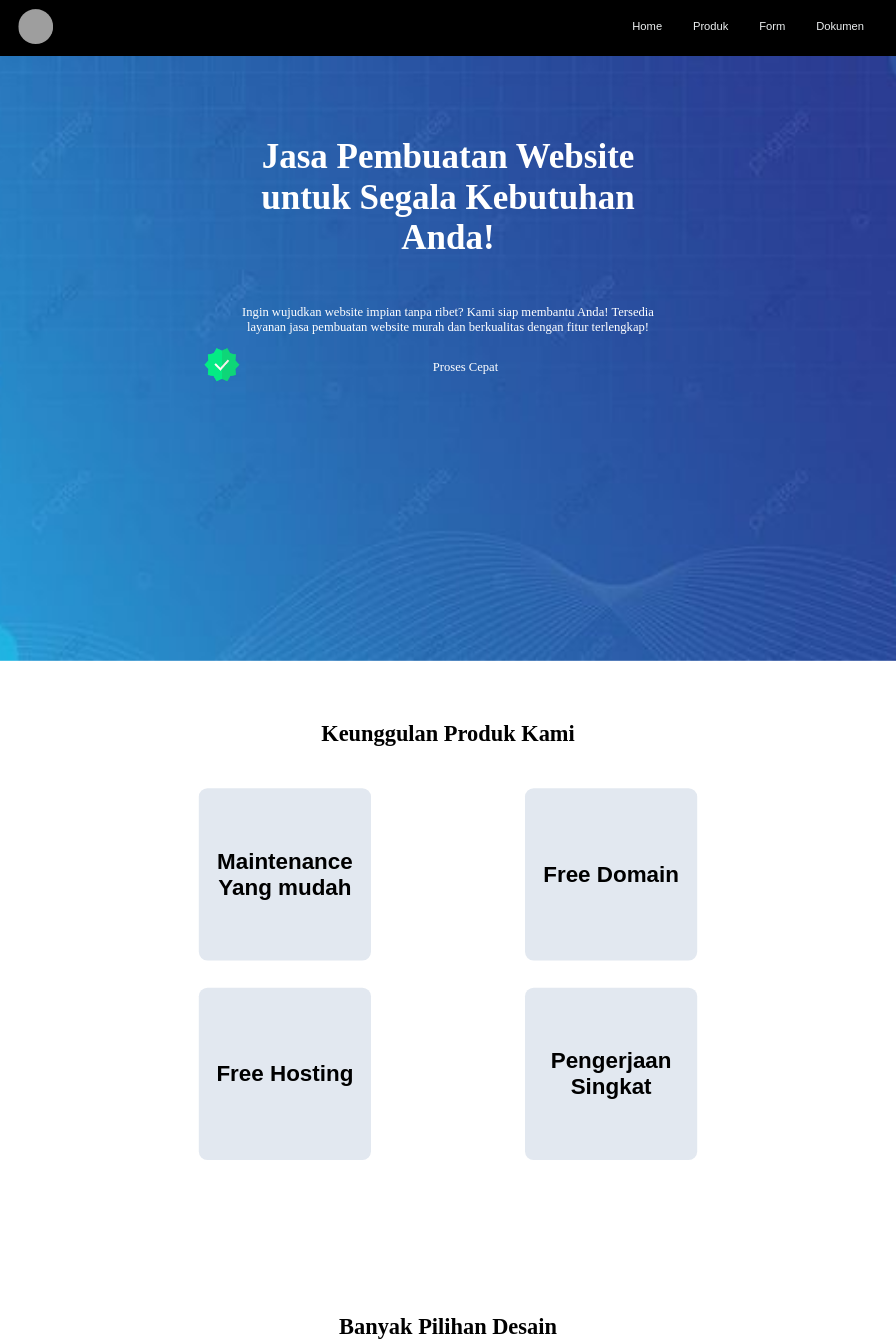
Repository: zecht12/TimModul
Page: TimModul.html
The author's editor kept a copy of each file at every save. The page is drawn from the files as they stood at one save, then again after the next save.
The browser window is 1280 px wide. The pictures show the part of the page from y = 0 to 1920 px (the page is 3920 px tall), at 70% of full size.
Pictures or frames that could not be fetched are drawn as grey boxes.

Above is the page before, as saved 2023-04-25 19:30:41.

### TimModul.html
<!DOCTYPE html>
<html lang="en">
<head>
    <meta charset="UTF-8">
    <meta http-equiv="X-UA-Compatible" content="IE=edge">
    <meta name="viewport" content="width=device-width, initial-scale=1.0">
    <link rel="stylesheet" href="style.css">
    <script src="script.js"></script>
    <title>Jasa Coding</title>
</head>
<body>
    <div style="height: 80px; width: 100%; background-color: black;">
        <header>
            <img src="./assets/wallpaper.jpg" alt="Image" style="height: 50px; width: 50px; border-radius: 100%;" >
            <ul class="nav_links">
                <li><a href="#">Home</a></li>
                <li><a href="#">Produk</a></li>
                <li><a href="#">Form</a></li>
                <li><a href="#">Dokumen</a></li>
            </ul>
        </headers>
    </div>
    <div style="background-image: url(./assets/bg.jpg); background-size: cover; background-position: top; width: 100%; height: 120vh; background-repeat: no-repeat; background-position: center;">
        <div style="display: flex; justify-content: space-around; align-items: center; padding: 5%; margin: auto; width: auto; height: auto;">
            <div style="height: auto; width: 15%; display: flex; justify-content: center; align-items: center;">

            </div>
            <div style="height: auto; width: 70%;">
                <div style=" display: flex; justify-content: center; align-items: start; margin: auto;">
                    <p style="text-align: center; color: white; font-size: 50px; font-weight: bold; width: 80%;">Jasa Pembuatan Website untuk Segala Kebutuhan Anda!</p>
                </div>
                <div style=" display: flex; justify-content: center; align-items: start; margin: auto;">
                    <p style="text-align: center; color: white; font-size: large; width: 80%; ">Ingin wujudkan website impian tanpa ribet? Kami siap membantu Anda! Tersedia layanan jasa pembuatan website murah dan berkualitas dengan fitur terlengkap!</p>
                </div>
                <div style=" display: flex; justify-content: center; align-items: start; margin: auto;">
                    <img src="./assets/check.png" alt="check" width="50px" height="50px">
                    <p style="text-align: center; color: white; font-size: large; width: 80%; ">Proses Cepat</p>
                </div>
            </div>
            <div style="height: auto; width: 15%; display: flex; justify-content: center; align-items: center;">

            </div>
        </div>
    </div>
    <div style="width: 100%; height: 120vh;">
        <h1 style="text-align: center; padding-top: 5%;">Keunggulan Produk Kami</h1>
        <div class="produk3" id="produk3" >
            <a href="" style="padding: 2%; background-color: #E2E8F0; border-radius: 5%; height: 200px; width: 200px; display: grid; justify-items: center; align-items: center;">
                <h1 style="text-align: center; color: black;">Maintenance Yang mudah</h1>
            </a>
            <a href="" style="padding: 2%; background-color: #E2E8F0; border-radius: 5%; height: 200px; width: 200px; display: grid; justify-items: center; align-items: center;">
                <h1 style="text-align: center; color: black;">Free Domain</h1>
            </a>
        </div>
        <div class="produk3" id="produk3" >
            <a href="" style="padding: 2%; background-color: #E2E8F0; border-radius: 5%; height: 200px; width: 200px; display: grid; justify-items: center; align-items: center;">
                <h1 style="text-align: center; color: black;">Free Hosting</h1>
            </a>
            <a href="" style="padding: 2%; background-color: #E2E8F0; border-radius: 5%; height: 200px; width: 200px; display: grid; justify-items: center; align-items: center;">
                <h1 style="text-align: center; color: black;">Pengerjaan Singkat</h1>
            </a>
        </div>
    </div>
    <div style="width: 100%; height: 120vh; padding-top: 2%;">
        <h1 style="text-align: center; font-size: xx-large; font: bolder;">Banyak Pilihan Desain</h1>
        <p style="text-align: center; font: caption;">Pilih satu dari puluhan desain yang tersedia</p>
        <div class="produk" id="produk" >
            <a href="" style="padding: 2%; background-color: #E2E8F0; border-radius: 5%; display: flex; justify-items: center; align-items: center;">
                <img src="./assets/web.jpeg" alt="Image" style="height: 150px; width: 250px;" >
            </a>
            <a href="" style="padding: 2%; background-color: #E2E8F0; border-radius: 5%; display: flex; justify-items: center; align-items: center;">
                <img src="./assets/web1.jpeg" alt="Image" style="height: 150px; width: 250px;" >
            </a>
            <a href="" style="padding: 2%; background-color: #E2E8F0; border-radius: 5%; display: flex; justify-items: center; align-items: center;">
                <img src="./assets/web2.jpg" alt="Image" style="height: 150px; width: 250px;" >
            </a>
        </div>
        <div class="produk1" id="produk1" >
            <a href="" style="padding: 2%; background-color: #E2E8F0; border-radius: 5%; display: flex; justify-items: center; align-items: center;">
                <img src="./assets/web3.jpg" alt="Image" style="height: 150px; width: 250px;" >
            </a>
            <a href="" style="padding: 2%; background-color: #E2E8F0; border-radius: 5%; display: flex; justify-items: center; align-items: center;">
                <img src="./assets/web4.jpg" alt="Image" style="height: 150px; width: 250px;" >
            </a>
            <a href="" style="padding: 2%; background-color: #E2E8F0; border-radius: 5%; display: flex; justify-items: center; align-items: center;">
                <img src="./assets/web5.jpg" alt="Image" style="height: 150px; width: 250px;" >
            </a>
        </div>
        <div class="produk2" id="produk2" >
            <a href="" style="padding: 2%; background-color: #E2E8F0; border-radius: 5%; display: flex; justify-items: center; align-items: center;">
                <img src="./assets/web6.jpg" alt="Image" style="height: 150px; width: 250px;" >
            </a>
            <a href="" style="padding: 2%; background-color: #E2E8F0; border-radius: 5%; display: flex; justify-items: center; align-items: center;">
                <img src="./assets/web7.jpg" alt="Image" style="height: 150px; width: 250px;" >
            </a>
        </div>
        <h1 style="text-align: center; font-size: xx-large; font: bolder;">Harga Mulai:</h1>
        <p style="text-align: center; font: caption;">Rp 800.000 - Rp 2.000.000</p>
        <p style="text-align: center; font: caption;">Checkout dengan mengisi form dibawah</p>
    </div>
    <h1 style="margin-top: 22%; text-align: center;">Pesan Website Kami</h1>
    <div class="forms" id="forms" >
        <form style=" padding-bottom: 8%; padding-left: 8%; padding-right: 8%; padding-top: 4%;">
            <div class="Formnama">
                <label for="Nama" class="Labelnama">Nama anda</label><br>
                <input type="text" id="Nama" name="Nama" class="Nama">
            </div>

            <div class="Formemail">
                <label for="Email" class="Labelemail">Email yang dapat dihubungi</label>
                <input type="text" id="Email" name="Email" class="Email">
            </div>

            <p for="Pilihan" class="Pilihan">Jasa yang dapat anda pilih</p>
            <div style="padding-bottom: 5%;">
                <input type="radio" id="FrontEnd" name="fav_language" value="FrontEnd">
                <label for="FrontEnd">FrontEnd Web</label>

                <input type="radio" id="BackEnd" name="fav_language" value="BackEnd">
                <label for="BackEnd">BackEnd Web</label>

                <input type="radio" id="FullStack" name="fav_language" value="FullStack">
                <label for="FullStack">FullStack Web</label><br>
            </div>

            <div>
                <p style="color: black; font-weight: bold; padding-bottom: 1%;">Keterangan Secara lengkap</p>
                <textarea></textarea>
            </div>

            <div style="display: flex; justify-content: center; align-items: center;">
                <input type="submit" value="Submit" class="Button">
            </div>
        </form>
    </div>
    <div style="display: flex; justify-content: center; align-items: center; width: 100%;">
        <table style="width: 80%; height: auto; border-collapse: collapse;">
            <tr>
                <th>Nama lengkap</th>
                <th>Email</th>
                <th>Jasa yang dipilih</th>
                <th>Keterangan Secara lengkap</th>
            </tr>
            <tr>
                <td></td>
                <td></td>
                <td></td>
                <td></td>
            </tr>
        </table>
    </div>
    <div style="height: 50px; width: 100%; background-color: black; justify-content: center; align-items: center;">
        <p style="color: white; text-align: center; padding-top: 20px;">&copy;2023 Tim Modul, Inc. All Rights Reserved</p>
    </div>
</body>
</html>

### style.css
body{
    height: auto;
    width: 100%;
    margin: auto;
    padding: auto;
}
header{
    display: flex;
    align-items: center;
    justify-content: space-between;
    padding-left: 2%;
    padding-right: 2%;
    padding-top: 1%;
}
li,a, button{
    font-family: "Montserrat", sans-serif;
    font-size: 16px;
    color: #edf0f1;
    text-decoration: none;
}
.produk{
    padding-left: 5%;
    padding-right: 5%;
    padding-top: 3%;
    display: flex;
    justify-content: space-around;
    align-items: center;
}
.produk1{
    padding-left: 5%;
    padding-right: 5%;
    padding-top: 3%;
    display: flex;
    justify-content: space-around;
    align-items: center;
}
.produk2{
    padding-left: 5%;
    padding-right: 5%;
    padding-top: 3%;
    display: flex;
    justify-content: space-evenly;
    align-items: center;
}
.produk3{
    padding-left: 5%;
    padding-right: 5%;
    padding-top: 3%;
    display: flex;
    justify-content: space-evenly;
    align-items: center;
}
.produk a:hover{
    transform: scale(110%);
}
.produk1 a:hover{
    transform: scale(110%);
}
.produk2 a:hover{
    transform: scale(110%);
}
.nav_links{
    list-style: none;
}
.nav_links li{
    display: inline-block;
    padding: 0px 20px;
}
.nav_links li a:hover{
    color: #0088a9;
}
.forms{
    height: auto;
    width: 100%;
    display: flex;
    justify-content: center;
    align-items: flex-start;
    padding-top: 1%;
    padding-bottom: 5%;
}
th{
    height: 30px;
    text-align: center;
    color: black;
    font: bold;
    border-style:solid;
    border-color: black;
    padding: 1%;
}
td{
    padding: 1%;
    height: 50px;
    text-align: center;
    color: black;
    border-style:solid;
    border-color: black;
}
label {
    color: black;
    font-weight: bold;
    width: 130px;
}
.Button {
    padding: 10px;
    border: 1px solid black;
    background-color:aliceblue;
    border-radius: 5px;
    font: inherit;
    cursor: pointer;
}
.Button:hover{
    border: 1px solid #0088a9;
    background-color:#0088a9;
    cursor: pointer;
}
.Pilihan{
    margin: auto;
    padding-top: 3%;
    padding-bottom: 20px;
    font-weight: bold;
    color: black;
}
.Nama{
    width: 100%;
    height: 20px;
    margin-top: 2%;
}
.Email{
    width: 100%;
    height: 20px;
    margin-top: 2%;
}
.Formemail{
    padding-top: 5%;
}
textarea{
    width: 100%;
    height: 100px;
    margin-bottom: 5%;
}

Loaded but not shown: script.js (no copy from this time; the picture is the same without it)

After the next save:
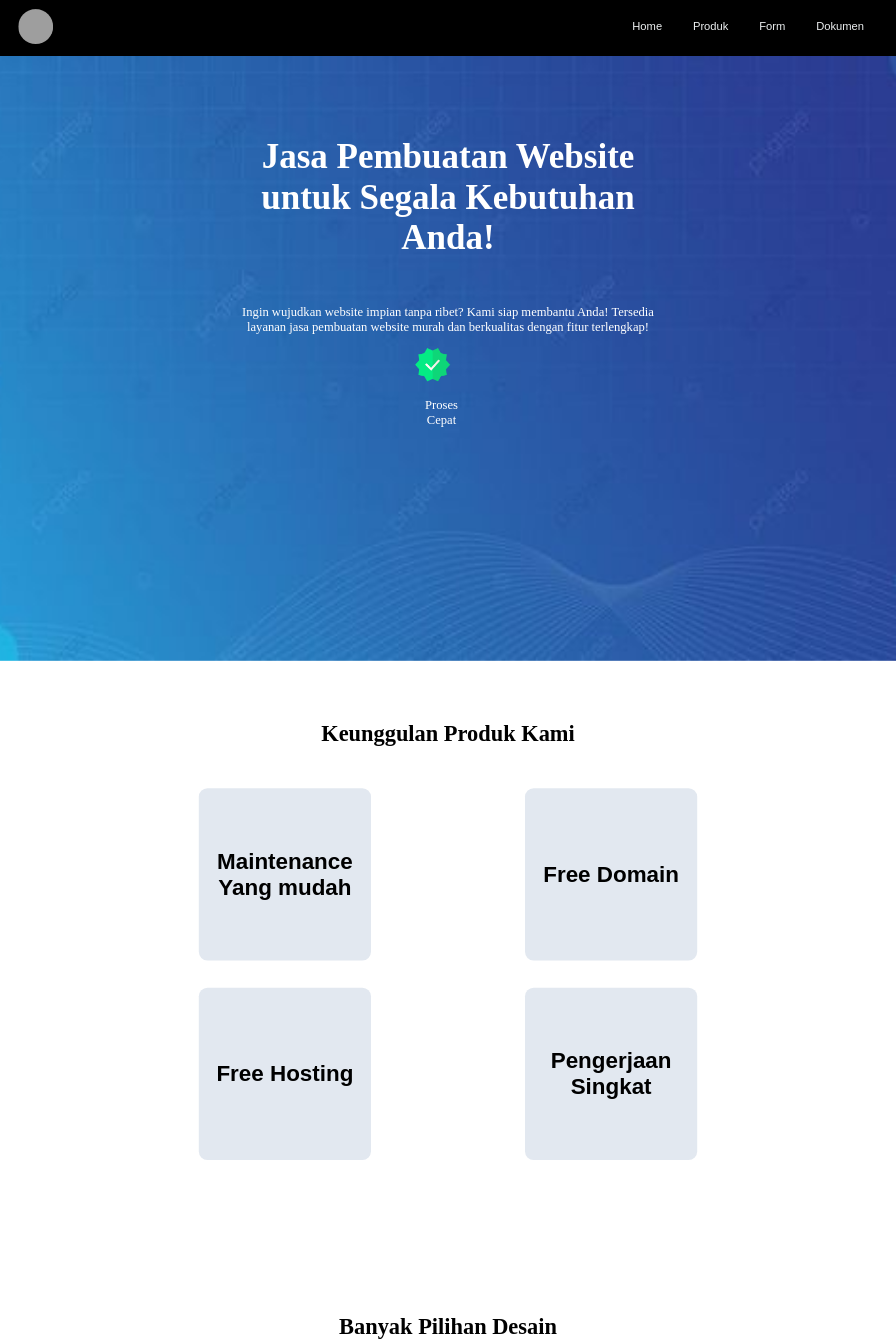
Saved 13 s later.
--- a/TimModul.html
+++ b/TimModul.html
@@ -33,8 +33,10 @@
                     <p style="text-align: center; color: white; font-size: large; width: 80%; ">Ingin wujudkan website impian tanpa ribet? Kami siap membantu Anda! Tersedia layanan jasa pembuatan website murah dan berkualitas dengan fitur terlengkap!</p>
                 </div>
                 <div style=" display: flex; justify-content: center; align-items: start; margin: auto;">
-                    <img src="./assets/check.png" alt="check" width="50px" height="50px">
-                    <p style="text-align: center; color: white; font-size: large; width: 80%; ">Proses Cepat</p>
+                    <div>
+                        <img src="./assets/check.png" alt="check" width="50px" height="50px">
+                        <p style="text-align: center; color: white; font-size: large; width: 80%; ">Proses Cepat</p>
+                    </div>
                 </div>
             </div>
             <div style="height: auto; width: 15%; display: flex; justify-content: center; align-items: center;">
